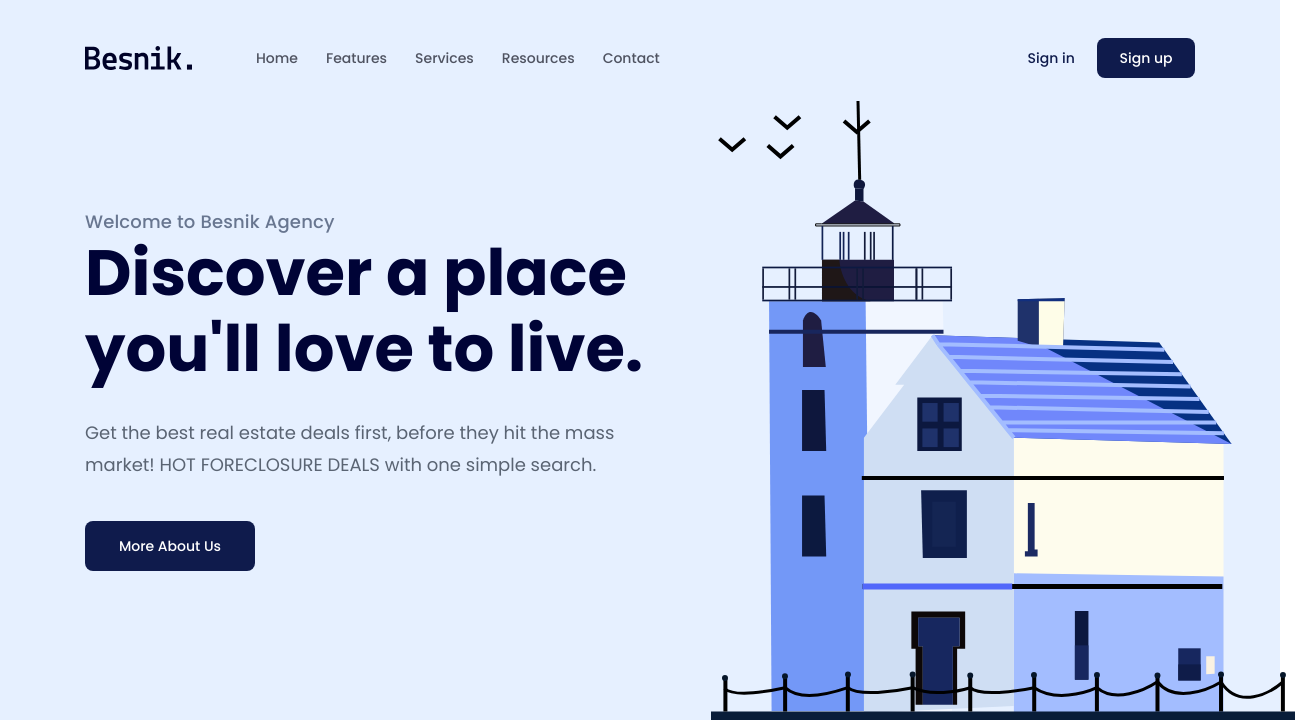
Repository: vancong171001/f8-html-css-01
Page: index.html
An editor plug-in stored every save of this project. The page is shown before and after the next save, followed by the edit.
The browser window is 1280 px wide. The page is 1295 px wide, then 1315 px, so the pictures cover 1315 px, including what lies to the right of the window. The pictures show the whole page.

Above is the page before, as saved 2025-02-18 17:33:44.

### index.html
<!DOCTYPE html>
<html lang="en">
  <head>
    <meta charset="UTF-8" />
    <meta name="viewport" content="width=device-width, initial-scale=1.0" />
    <title>Project 01</title>
    <link rel="stylesheet" href="./assets/css/reset.css" />

    <!-- <link rel="preconnect" href="https://fonts.googleapis.com">
  <link rel="preconnect" href="https://fonts.gstatic.com" crossorigin>
  <link
    href="https://fonts.googleapis.com/css2?family=Poppins:wght@400;500;600;700&family=Roboto:ital,wght@0,100;0,300;0,400;0,500;0,700;0,900;1,100;1,300;1,400;1,500;1,700;1,900&display=swap"
    rel="stylesheet"> -->

    <link rel="stylesheet" href="./assets/fonts/stylesheet.css" />
    <link rel="stylesheet" href="./assets/css/styles.css" />
  </head>

  <body>
    <main>
      <header class="header">
        <div class="content">
          <nav class="navbar">
            <!-- Logo -->
            <img src="./assets/img/logo.svg" alt="Besnik." />

            <!-- Navigation -->
            <ul>
              <li><a href="#!">Home</a></li>
              <li><a href="#!">Features</a></li>
              <li><a href="#!">Services</a></li>
              <li><a href="#!">Resources</a></li>
              <li><a href="#!">Contact</a></li>
            </ul>

            <!-- Action -->
            <div class="action">
              <a href="#!" class="action-link">Sign in</a>
              <a href="#!" class="btn action-btn">Sign up</a>
            </div>
          </nav>

          <div class="hero">
            <div class="info">
              <p class="sub-title">Welcome to Besnik Agency</p>
              <h1 class="title">Discover a place you'll love to live.</h1>
              <p class="desc">
                Get the best real estate deals first, before they hit the mass
                market! HOT FORECLOSURE DEALS with one simple search.
              </p>
              <a href="#!" class="btn hero-cta">More About Us</a>
            </div>

            <img
              src="./assets/img/hero-img.svg"
              alt="Discover a place you'll love to live."
              class="hero-img"
            />
          </div>
        </div>
      </header>
    </main>
  </body>
</html>

### assets/fonts/stylesheet.css
/* =============== Poppins ================ */
@font-face {
  font-family: 'Poppins';
  src: url('Poppins/Poppins-BoldItalic.woff2') format('woff2'),
      url('Poppins/Poppins-BoldItalic.woff') format('woff');
  font-weight: bold;
  font-style: italic;
  font-display: swap;
}

@font-face {
  font-family: 'Poppins';
  src: url('Poppins/Poppins-ExtraBold.woff2') format('woff2'),
      url('Poppins/Poppins-ExtraBold.woff') format('woff');
  font-weight: bold;
  font-style: normal;
  font-display: swap;
}

@font-face {
  font-family: 'Poppins';
  src: url('Poppins/Poppins-ExtraBoldItalic.woff2') format('woff2'),
      url('Poppins/Poppins-ExtraBoldItalic.woff') format('woff');
  font-weight: bold;
  font-style: italic;
  font-display: swap;
}

@font-face {
  font-family: 'Poppins';
  src: url('Poppins/Poppins-Bold.woff2') format('woff2'),
      url('Poppins/Poppins-Bold.woff') format('woff');
  font-weight: bold;
  font-style: normal;
  font-display: swap;
}

@font-face {
  font-family: 'Poppins';
  src: url('Poppins/Poppins-Black.woff2') format('woff2'),
      url('Poppins/Poppins-Black.woff') format('woff');
  font-weight: 900;
  font-style: normal;
  font-display: swap;
}

@font-face {
  font-family: 'Poppins';
  src: url('Poppins/Poppins-BlackItalic.woff2') format('woff2'),
      url('Poppins/Poppins-BlackItalic.woff') format('woff');
  font-weight: 900;
  font-style: italic;
  font-display: swap;
}

@font-face {
  font-family: 'Poppins';
  src: url('Poppins/Poppins-ExtraLightItalic.woff2') format('woff2'),
      url('Poppins/Poppins-ExtraLightItalic.woff') format('woff');
  font-weight: 200;
  font-style: italic;
  font-display: swap;
}

@font-face {
  font-family: 'Poppins';
  src: url('Poppins/Poppins-Light.woff2') format('woff2'),
      url('Poppins/Poppins-Light.woff') format('woff');
  font-weight: 300;
  font-style: normal;
  font-display: swap;
}

@font-face {
  font-family: 'Poppins';
  src: url('Poppins/Poppins-Italic.woff2') format('woff2'),
      url('Poppins/Poppins-Italic.woff') format('woff');
  font-weight: normal;
  font-style: italic;
  font-display: swap;
}

@font-face {
  font-family: 'Poppins';
  src: url('Poppins/Poppins-LightItalic.woff2') format('woff2'),
      url('Poppins/Poppins-LightItalic.woff') format('woff');
  font-weight: 300;
  font-style: italic;
  font-display: swap;
}

@font-face {
  font-family: 'Poppins';
  src: url('Poppins/Poppins-Medium.woff2') format('woff2'),
      url('Poppins/Poppins-Medium.woff') format('woff');
  font-weight: 500;
  font-style: normal;
  font-display: swap;
}

@font-face {
  font-family: 'Poppins';
  src: url('Poppins/Poppins-ExtraLight.woff2') format('woff2'),
      url('Poppins/Poppins-ExtraLight.woff') format('woff');
  font-weight: 200;
  font-style: normal;
  font-display: swap;
}

@font-face {
  font-family: 'Poppins';
  src: url('Poppins/Poppins-MediumItalic.woff2') format('woff2'),
      url('Poppins/Poppins-MediumItalic.woff') format('woff');
  font-weight: 500;
  font-style: italic;
  font-display: swap;
}

@font-face {
  font-family: 'Poppins';
  src: url('Poppins/Poppins-SemiBold.woff2') format('woff2'),
      url('Poppins/Poppins-SemiBold.woff') format('woff');
  font-weight: 600;
  font-style: normal;
  font-display: swap;
}

@font-face {
  font-family: 'Poppins';
  src: url('Poppins/Poppins-ThinItalic.woff2') format('woff2'),
      url('Poppins/Poppins-ThinItalic.woff') format('woff');
  font-weight: 100;
  font-style: italic;
  font-display: swap;
}

@font-face {
  font-family: 'Poppins';
  src: url('Poppins/Poppins-SemiBoldItalic.woff2') format('woff2'),
      url('Poppins/Poppins-SemiBoldItalic.woff') format('woff');
  font-weight: 600;
  font-style: italic;
  font-display: swap;
}

@font-face {
  font-family: 'Poppins';
  src: url('Poppins/Poppins-Thin.woff2') format('woff2'),
      url('Poppins/Poppins-Thin.woff') format('woff');
  font-weight: 100;
  font-style: normal;
  font-display: swap;
}

@font-face {
  font-family: 'Poppins';
  src: url('Poppins/Poppins-Regular.woff2') format('woff2'),
      url('Poppins/Poppins-Regular.woff') format('woff');
  font-weight: normal;
  font-style: normal;
  font-display: swap;
}

### assets/css/styles.css
* {
  box-sizing: border-box;
}

:root {
  --primary-color: #0f1b4c;
}

html {
  font-size: 62.5%;
}

body {
  font-size: 1.6rem;
  font-family: "Poppins", "sans-serif";
}

/* Common */
a {
  text-decoration: none;
}

.content {
  width: 1110px;
  max-width: calc(100% - 48px);
  margin-left: auto;
  margin-right: auto;
}

.btn {
  display: inline-block;
  padding: 18px 16px;
  min-width: 98px;
  border-radius: 8px;
  background-color: var(--primary-color);
  font-weight: 500;
  font-size: 1.4rem;
  text-align: center;
  color: white;
}

.btn:hover {
  opacity: 0.9;
}

/* Header */
.header {
  background-color: #e6f0ff;
  height: 100vh;
  position: relative;
}

.navbar {
  display: flex;
  align-items: center;
  padding-top: 38px;
}

.navbar ul {
  display: flex;
  margin-left: 50px;
}

.navbar .action {
  margin-left: auto;
}

.navbar ul a {
  font-weight: 500;
  font-size: 1.4rem;
  color: #4f5361;
  padding: 8px 14px;
}

.navbar ul a:hover {
  text-decoration: underline;
}

.navbar .action-link {
  font-weight: 500;
  font-size: 1.4rem;
  color: var(--primary-color);
}

.navbar .action-btn {
  padding: 13px 16px;
  margin-left: 18px;
}

.hero {
  margin-top: 130px;
}

.hero .info {
  width: 51%;
}

.hero .sub-title {
  color: #687690;
  font-size: 1.8rem;
  font-weight: 500;
  line-height: 1.5;
  letter-spacing: 0.01em;
}

.hero .title {
  color: #000336;
  font-size: 6.4rem;
  font-weight: 700;
  line-height: 1.1875; /* 118.75% */
}

.hero .desc {
  color: #5a6473;
  font-size: 1.8rem;
  font-weight: 400;
  line-height: 1.78; /* 177.778% */
  margin-top: 30px;
}

.hero-cta {
  min-width: 170px;
  margin-top: 40px;
}

.hero-img {
  position: absolute;
  right: calc((100vw - 1110px) / 2 - 100px);
  bottom: 0;
}

Loaded but not shown: assets/css/reset.css (common file)

After the next save:
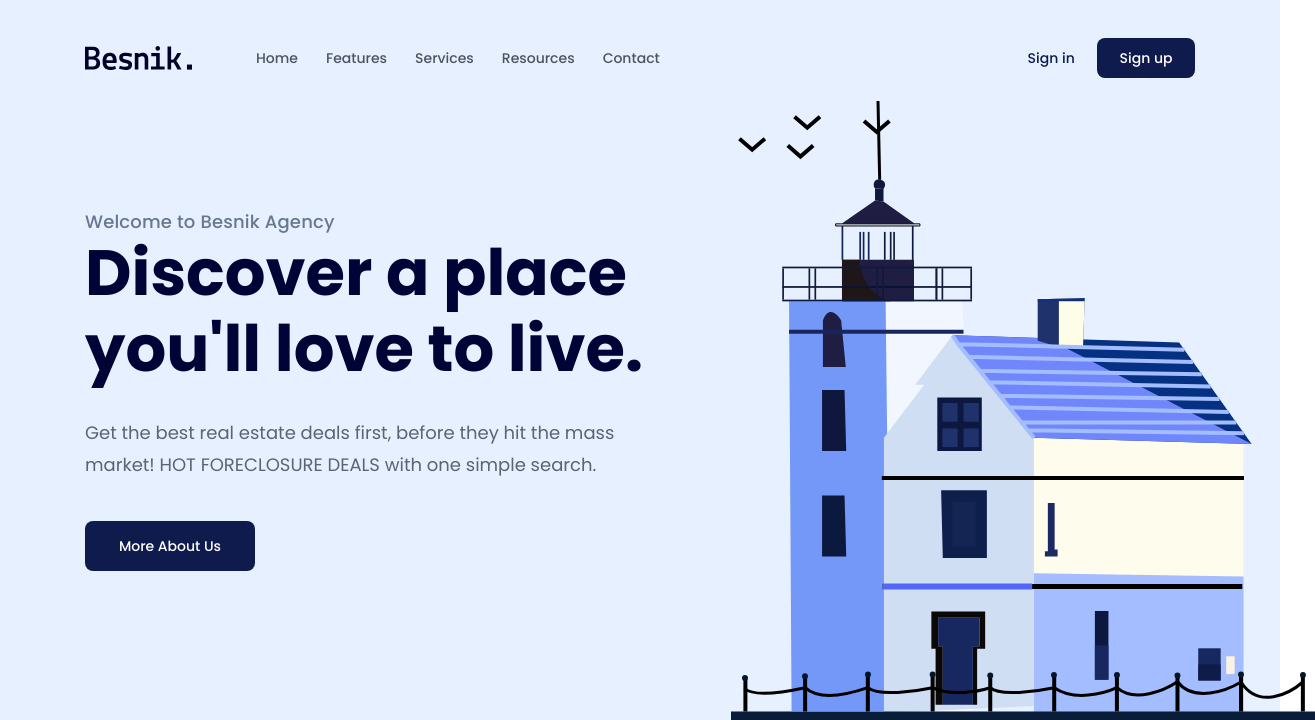
Saved 40 h 59 min later.
--- a/assets/css/styles.css
+++ b/assets/css/styles.css
@@ -125,6 +125,6 @@
 
 .hero-img {
   position: absolute;
-  right: calc((100vw - 1110px) / 2 - 100px);
+  right: calc((100vw - 1110px) / 2 - 120px);
   bottom: 0;
 }
